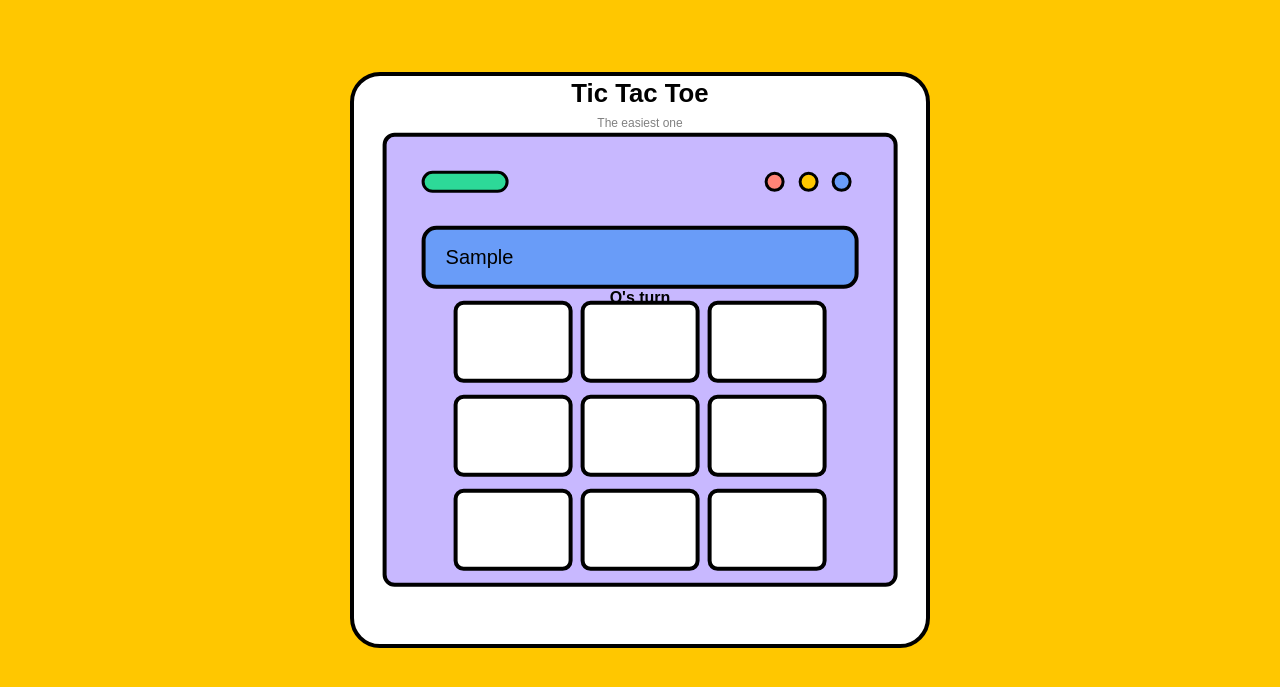
Repository: ThisIsSahaj/Js-Projects
Page: TIcTacToe/index.html
These files come from the project's save history. The page is drawn as it stood at one moment and after the next save; the edit follows.
The browser window is 1280 px wide. The pictures show the whole page.
Empty fields were first filled with sample values (such as "Sample", 5 or name@example.com).
After loading, the first visible `div.cell` was clicked once.

Above is the page before, as saved 2024-05-04 10:24:17.

### TIcTacToe/index.html
<!DOCTYPE html>
<html lang="en">
<head>
    <meta charset="UTF-8">
    <meta http-equiv="X-UA-Compatible" content="IE=edge">
    <meta name="viewport" content="width=device-width, initial-scale=1.0">
    <title>Tic Tac Toe</title>
    <link rel="stylesheet" href="style.css">
    <link rel="stylesheet" href="https://cdnjs.cloudflare.com/ajax/libs/font-awesome/6.0.0/css/all.min.css" integrity="sha512-9usAa10IRO0HhonpyAIVpjrylPvoDwiPUiKdWk5t3PyolY1cOd4DSE0Ga+ri4AuTroPR5aQvXU9xC6qOPnzFeg==" crossorigin="anonymous" referrerpolicy="no-referrer" />

</head>
<body>


        <div class="phoneUi">

            <div class="notch">
              <h3>Tic Tac Toe</h3>
              <p>The easiest one</p>
            </div>

            <div class="screen" >

                <div class="screenHeader" >

                    <div class="greenBars">

                        <span  style="background-color: #2DD998;"></span>
                        <!-- <span  style="background-color: #FFC700;"></span>
                        <span  style="background-color: #FFC700;"></span> -->
                    </div>

                    <div class="circleDiv">
                       <span  style=" background-color: #FF8477;" ></span>
                       <span  style=" background-color: #FFC700;" ></span>
                       <span  style=" background-color: #699CF8;" ></span>
                    </div>

                </div>

                <div class="inputDiv">
                      <input type="text" placeholder="Here's an input for you" id="input" >
                      <p class="display"></p>
                </div>

                <div class="content scrollbar">
                    <div class="gameBox">
                       <div class="cell"></div>
                       <div class="cell"></div>
                       <div class="cell"></div>
                       <div class="cell"></div>
                       <div class="cell"></div>
                       <div class="cell"></div>
                       <div class="cell"></div>
                       <div class="cell"></div>
                       <div class="cell"></div>
                    </div>
                </div>

            </div>

        </div>
</body>

<script src="script.js"></script>
</html>

### TIcTacToe/style.css
/* COLOR PALETTE */

/*

yellow    #FFC700
red       #FF8477
green     #2DD998
blue      #699CF8
purple    #C8B8FF
orange    #EF4F1E

*/



*{
    margin: 0;
    padding: 0;
    box-sizing: border-box;
    outline: none;
    font-family: 'whyte', Arial, Helvetica, sans-serif;
}

body{
    background-color: #FFC700;
    display: flex;
    flex-wrap: wrap;
}



/* CURSORS */
html{
    cursor: url('/assets/images/PointerBody.png'), auto;
}

 button {
    cursor: url('/assets/images/PointerHover.png'), auto;
}

.notch p, h3, input {
    cursor: url('/assets/images/PointerText.png'), auto;

}





/* PHONE UI */
.phoneUi{
    border: 4px solid black;
    width: 580px;
    height: 80%;
    border-radius: 30px;
    background-color: white;
    position: absolute;
    top: 50%;
    left: 50%;
    transform: translate(-50%,-50%);
    text-align: center;
}

.notch{
    width: 100%;
    height: 10%;
    color: black;
    display: flex;
    flex-direction: column;
    align-items: center;
    justify-content: center;
    font-size: 22px;
    gap: 8px;
}

.notch p {
    color: grey;
    font-size: 12px;
}







/* SCREEN */
.screen{
    width: 90%;
    height: 80%;
    padding: 0px 35px;
    position: absolute;
    top: 50%;
    left: 50%;
    transform: translate(-50%,-50%);
    background-color: #C8B8FF;
    border: 4px solid black;
    color: black;
    border-radius: 12px;
    font-weight: bold;
}

.screenHeader {
    /* border: 2px solid green; */
    display: flex;
    justify-content: space-between;
    align-items: center;
    height: 20%;
}


.greenBars{
    width: 40%;
    display: flex;
    justify-content: start;
    gap: 10px;
}

.greenBars span {
    border-radius: 12px;
    border: 3px solid black;
    width: 50%;
    height: 22px;
 }

.circleDiv {
    display: flex;
    justify-content: space-around;
    width: 100px;
}

.circleDiv span {
    width: 20px;
    height: 20px;
    border-radius: 12px;
    border: 3px solid black;
}





/* INPUT FIELD */

.inputDiv{
    /* border: 2px solid green; */
    height: 14%;
}

input{
    width: 100%;
    height: 100%;
    border-radius: 15px;
    color: black;
    padding: 20px;
    font-size: 20px;
    background-color: #699CF8;
    border: 4px solid black;
}
::placeholder {
    color: white;
    opacity: 0.4;
  }





/* MAIN CONTENT */
.content{
    /* border: 2px solid green; */
    width: 100%;
    overflow: auto;
    height: 66%;
    padding: 0px 10px;
}

.gameBox{
    width: 100%;
    height: 100%;
    /* border: 2px solid green; */
    padding: 10px;
    display: flex;
    justify-content: center;
    align-items: center;
    flex-wrap: wrap;
    gap: 8px;

}
.cell{
    width: 30%;
    height: 30%;
    border: 4px solid black;
    background-color: white;
    border-radius: 10px;
    font-size: 90px;
    display: flex;
    justify-content: center;
    align-items: center;
    font-family: cursive
}





/* SCROLLBAR */
.scrollbar::-webkit-scrollbar {
    width: 12px;
}

.scrollbar::-webkit-scrollbar-track {
    background-color: transparent;
    border-radius: 8px;
}

.scrollbar::-webkit-scrollbar-thumb {
    background-color: white;
    border: 2px solid black;
    border-radius: 8px;
}






/* CLASSES HANDLED BY JS */

.error{
    animation: shake 0.1s linear 4;
}
@keyframes shake {
    0%{
        transform: translateX(0);
    }
    25%{
        transform: translateX(-2px);
    }
    50%{
        transform: translateX(0);
    }
    75%{
        transform: translateX(2px);
    }
    100%{
        transform: translateX(0);
    }
}






/* RESPONSIVE  */


@media (max-width: 648px)
{
    .phoneUi{
        width: 440px;
    }

}


@media (max-width: 475px)
{
    .screen{
        padding: 0px 10px;
    }
    .phoneUi{
        width: 340px;
    }
    .notch{
        font-size: 18px;
    }
    .notch p {
        color: grey;
        font-size: 10px;
    }

}

@media (max-height: 500px)
{
    .notch h3 {
        font-size: 14px;
    }
}

### TIcTacToe/script.js
const cells = document.querySelectorAll('.cell');
const display = document.querySelector('.display');

let xTurn = true;
display.innerText = "X's turn"

const winCombinations = [
    [0, 1, 2],
    [0, 3, 6],
    [0, 4, 8],
    [1, 4, 7],
    [2, 5, 8],
    [2, 4, 6],
    [3, 4, 5],
    [6, 7, 8],
];

const handleClick = (cell) => {
    // console.log('clicked');
    if (xTurn) {
        cell.innerText = 'X';
        display.innerText = "O's turn"
        xTurn = false;
    }
    else{
        cell.innerText = 'O';
        display.innerText = "X's turn"
        xTurn = true;

    }

}


cells.forEach((cell)=>{
    cell.addEventListener('click',
        handleClick,
        {once:true}
    )
})

After the next save:
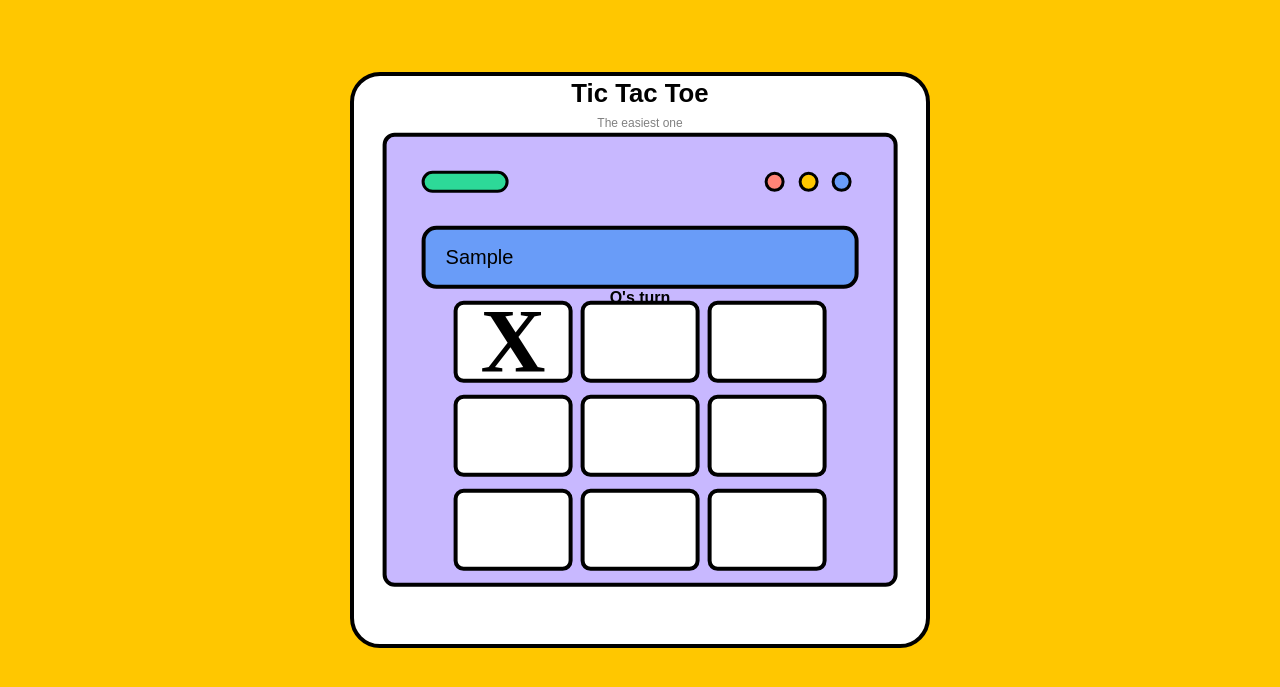
Saved 28 s later.
--- a/TIcTacToe/script.js
+++ b/TIcTacToe/script.js
@@ -17,13 +17,14 @@ const winCombinations = [
 
 const handleClick = (cell) => {
     // console.log('clicked');
+    curCell = cell.target;
     if (xTurn) {
-        cell.innerText = 'X';
+        curCell.innerText = 'X';
         display.innerText = "O's turn"
         xTurn = false;
     }
     else{
-        cell.innerText = 'O';
+        curCell.innerText = 'O';
         display.innerText = "X's turn"
         xTurn = true;
 
